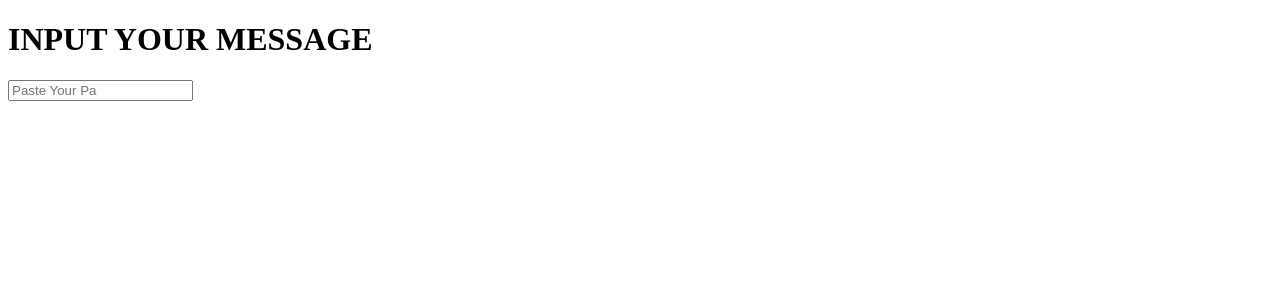
Repository: SharonSebastian32/Paragraph_management_application
Page: index.html
An editor plug-in stored every save of this project. The page is shown before and after the next save, followed by the edit.
The browser window is 1280 px wide. The pictures show the whole page.

Above is the page before, as saved 2024-08-22 14:27:14.

After the next save:
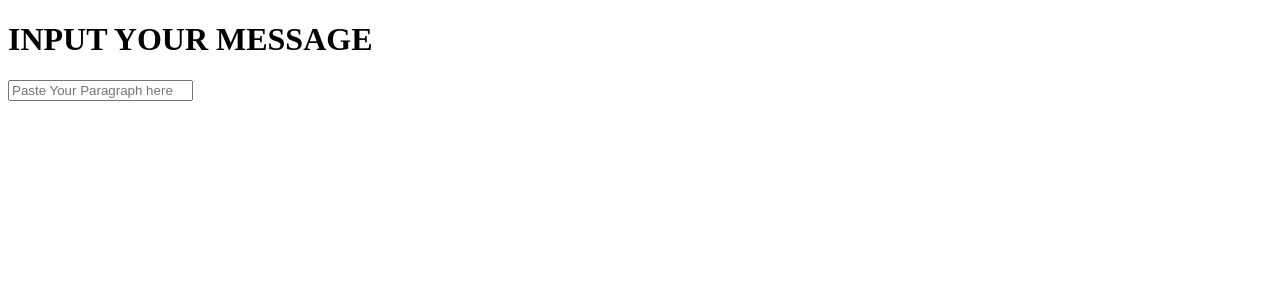
Saved 5 s later.
--- a/index.html
+++ b/index.html
@@ -8,7 +8,12 @@
   <body>
     <div class="container">
       <h1>INPUT YOUR MESSAGE</h1>
-      <input type="textarea" name="" id="" placeholder="Paste Your Pa" />
+      <input
+        type="textarea"
+        name=""
+        id=""
+        placeholder="Paste Your Paragraph here"
+      />
     </div>
   </body>
 </html>
